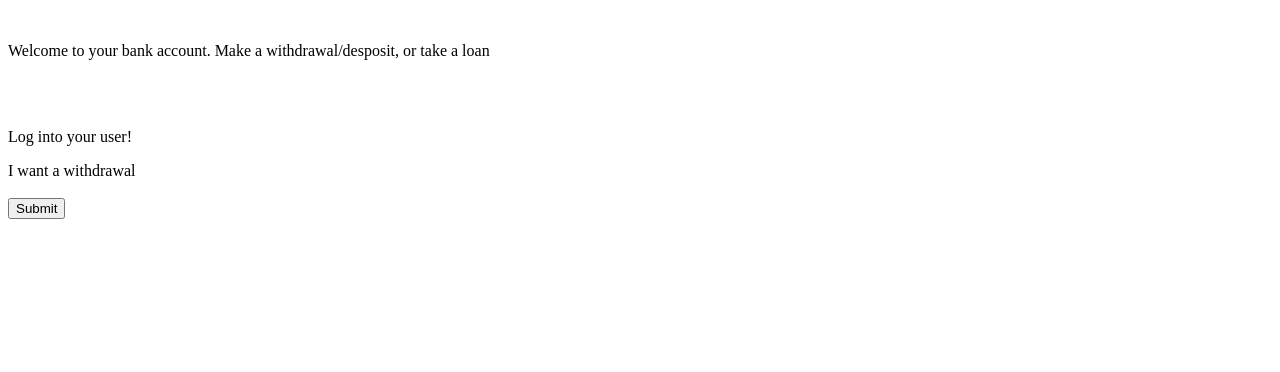
Repository: hcm4990/BankingApplicationRestAPI
Page: gs-serving-web-content-complete/src/main/resources/static/account.html
An editor plug-in stored every save of this project. The page is shown before and after the next save, followed by the edit.
The browser window is 1280 px wide. The pictures show the whole page.

Above is the page before, as saved 2020-04-06 15:14:29.

After the next save:
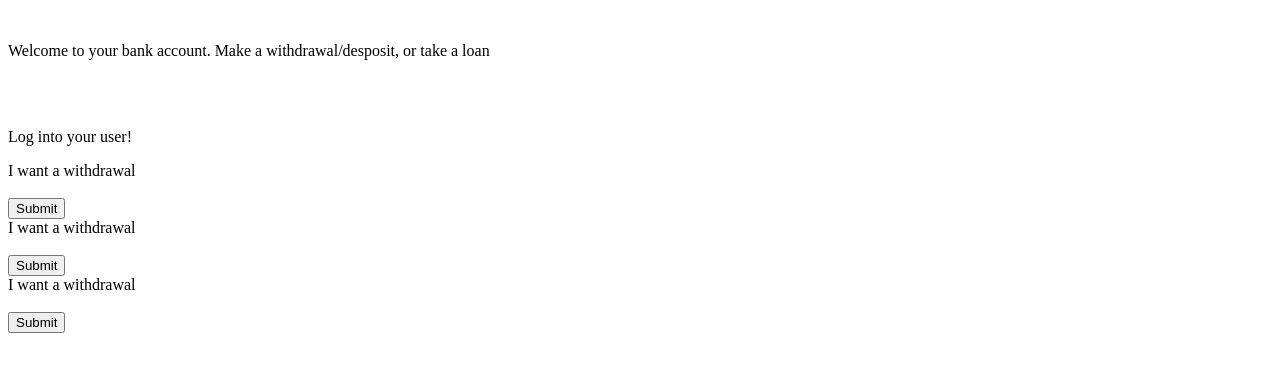
Saved 5 s later.
--- a/gs-serving-web-content-complete/src/main/resources/static/account.html
+++ b/gs-serving-web-content-complete/src/main/resources/static/account.html
@@ -14,5 +14,13 @@
 		<label for="user_id">I want a withdrawal</label><br>
 		<br> <input type="submit" value="Submit">
 	</form>
+	<form action="/transaction">
+		<label for="user_id">I want a withdrawal</label><br>
+		<br> <input type="submit" value="Submit">
+	</form>
+	<form action="/transaction">
+		<label for="user_id">I want a withdrawal</label><br>
+		<br> <input type="submit" value="Submit">
+	</form>
 </body>
 </html>
